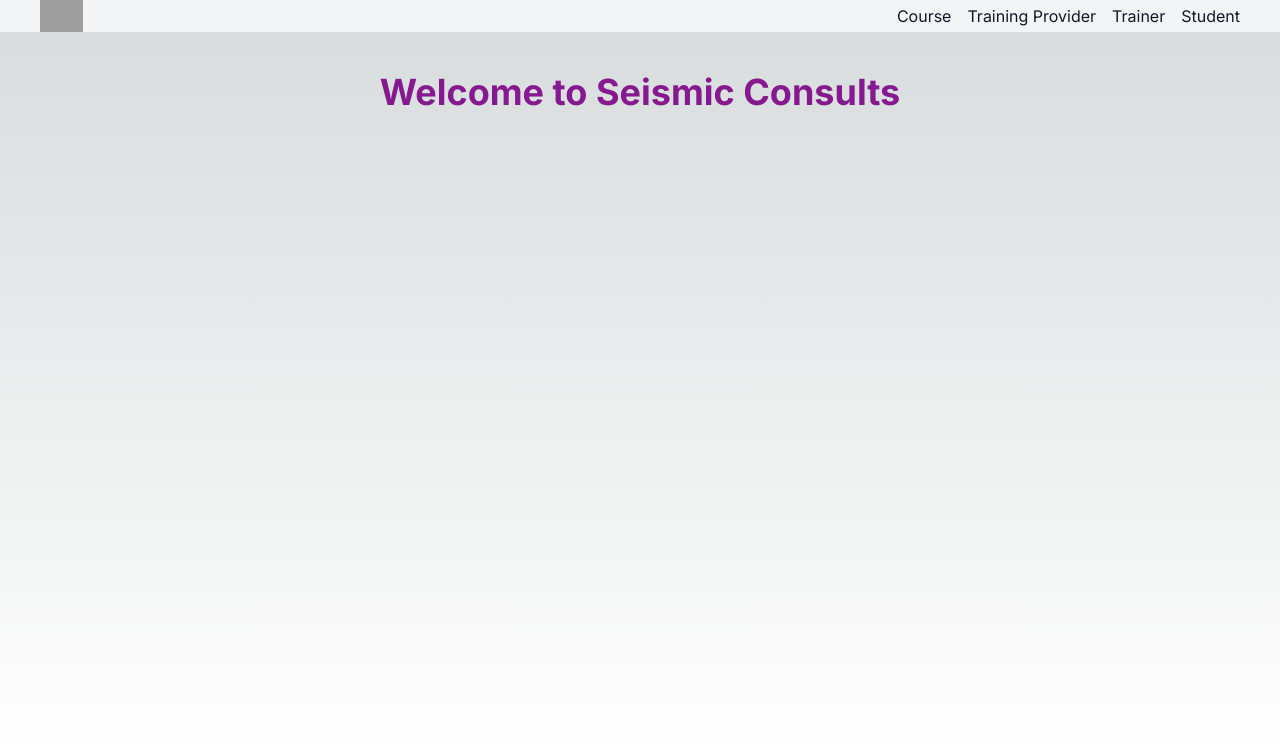
Repository: marcusdashe/seismicconsults-frontend
Page: /
An editor plug-in stored every save of this project. The page is shown before and after the next save, followed by the edit.
The browser window is 1280 px wide. The pictures show the whole page.
Pictures or frames that could not be fetched are drawn as grey boxes. The project was rebuilt for these pictures with package versions that can differ from the ones it lists, and the page was loaded fresh each time. The framework's server and built-in components were replaced by stand-ins that run in the browser. Also part of the build but not shown: next.config.js.

Above is the page before, as saved 2023-08-01 19:06:49.

### app/layout.tsx
import "./globals.css";
import type { Metadata } from "next";
import { Inter } from "next/font/google";
import NavBar from "./components/NavBar";
// import { Author } from "@web/types";

const inter = Inter({ subsets: ["latin"] });

export const metadata: Metadata = {
  title: "Seismic Consults Limited",
  description:
    "Technical and Vocational Education Management Information System",
  keywords: ["Seismicconsults", "Seismic", "Consultancy"],
  //  authors: [
  //   Author("Marcus Dashe"),]
};

export default function RootLayout({
  children,
}: {
  children: React.ReactNode;
}) {
  return (
    <html lang="en">
      <body className={inter.className}>
        <NavBar />
        {children}
      </body>
    </html>
  );
}

### app/page.tsx
import Image from "next/image";
import React from "react";
import Head from "next/head";

export default function Home() {
  return (
    <div className="bg min-h-screen">
      <Head>
        <title>Hello Home</title>
        <meta name="description" content="A school management system" />
      </Head>

      <main className="container mx-auto py-10 px-4 flex flex-col items-center justify-start">
        <h1 className="text-4xl font-bold mb-8 px-0 text-fuchsia-800">
          Welcome to Seismic Consults
        </h1>
      </main>
    </div>
  );
}

### app/components/NavBar.tsx
import Link from "next/link";

const NavBar = () => {
  return (
    <nav className="flex justify-between items-center px-10 w-full bg-gray-100">
      <a href="/" className="text-gray-900">
        <img src="/logo.png" alt="Logo" className="h-8 w-auto" />
      </a>
      <ul className="flex space-x-4">
        <li>
          <Link href="/course" className="text-gray-900 hover:text-gray-700">
            Course
          </Link>
        </li>
        <li>
          <Link href="/provider" className="text-gray-900 hover:text-gray-700">
            Training Provider
          </Link>
        </li>
        <li>
          <Link href="/trainer" className="text-gray-900 hover:text-gray-700">
            Trainer
          </Link>
        </li>
        <li>
          <Link href="/student" className="text-gray-900 hover:text-gray-700">
            Student
          </Link>
        </li>
      </ul>
    </nav>
  );
};

export default NavBar;

### tailwind.config.js
/** @type {import('tailwindcss').Config} */
module.exports = {
  important: {
    "#__next": true,
  },
  content: [
    "./pages/**/*.{js,ts,jsx,tsx,mdx}",
    "./components/**/*.{js,ts,jsx,tsx,mdx}",
    "./app/**/*.{js,ts,jsx,tsx,mdx}",
  ],
  theme: {
    extend: {},
  },
  plugins: [],
};

Loaded but not shown: app/globals.css (common file)

After the next save:
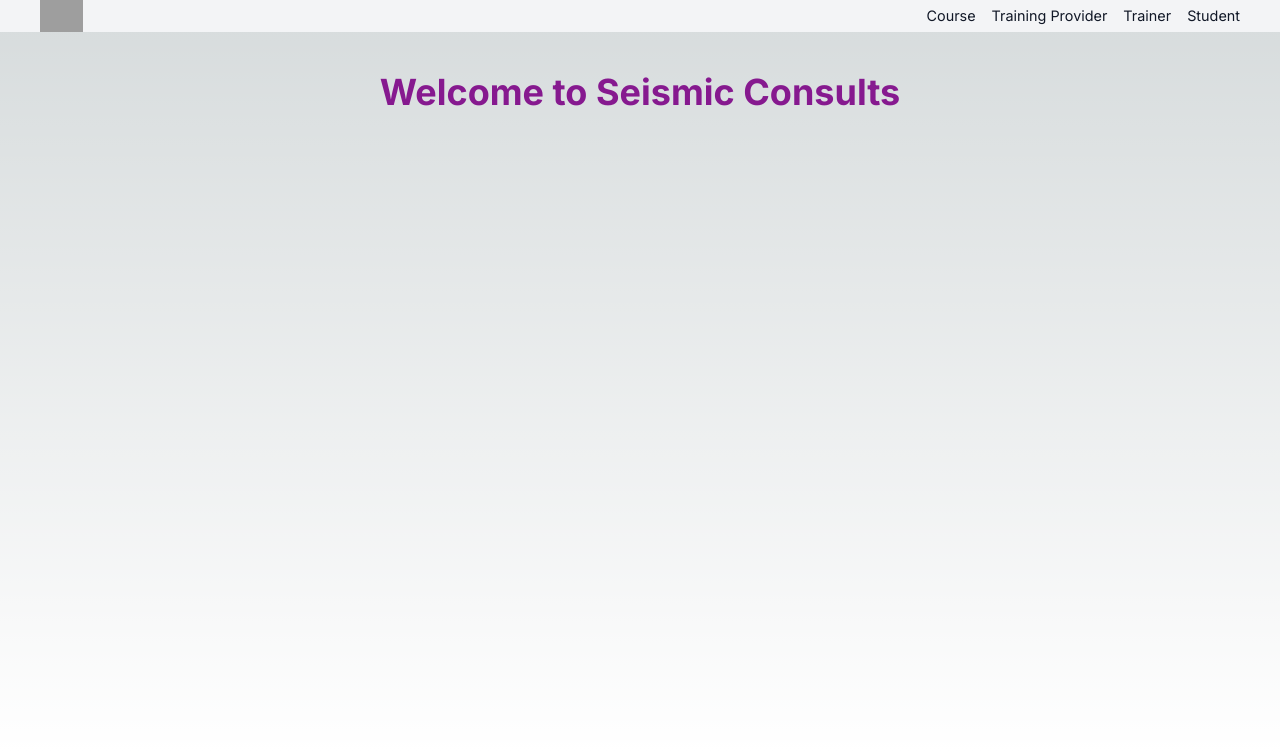
Saved 2 min 52 s later.
--- a/app/components/NavBar.tsx
+++ b/app/components/NavBar.tsx
@@ -2,7 +2,7 @@
 
 const NavBar = () => {
   return (
-    <nav className="flex justify-between items-center px-10 w-full bg-gray-100">
+    <nav className="flex justify-between items-center px-10 w-full text-[.9rem] bg-gray-100">
       <a href="/" className="text-gray-900">
         <img src="/logo.png" alt="Logo" className="h-8 w-auto" />
       </a>
